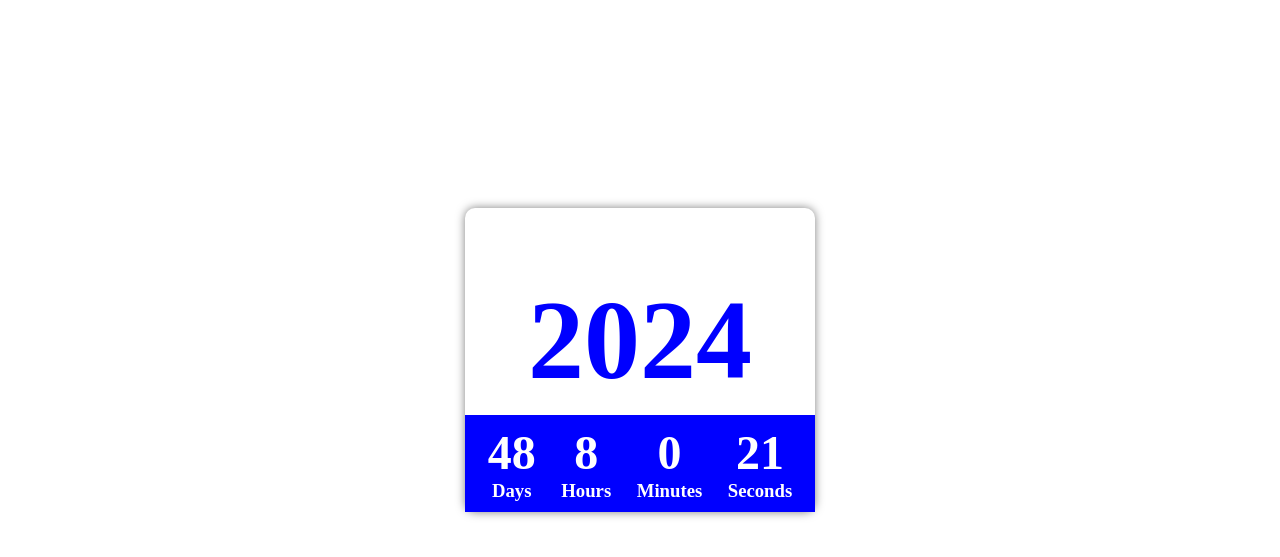
Repository: JunaidAnsari202/New-Year-counter
Page: index.html
The author's editor kept a copy of each file at every save. The page is drawn from the files as they stood at one save, then again after a run of saves.
The browser window is 1280 px wide. The pictures show the whole page.

Above is the page before, as saved 2024-11-13 16:10:37.

### index.html
<!DOCTYPE html>
<html lang="en">
<head>
    <meta charset="UTF-8">
    <meta name="viewport" content="width=device-width, initial-scale=1.0">
    <title>New Year Counter</title>
    <link rel="stylesheet" href="style.css">

</head>
<body>
    <div class="container">
        <div class="header">
            <h1>New Year Counter</h1>
        </div>
        <div class="next-year">
            <h1 id="next-year">2024</h1>
        </div>

        <div class="counter">
           <div class="days">
            <h1 id="days">00</h1>
            <h3>Days</h3>
           </div>

           <div class="hours">
            <h1 id="hours">00</h1>
            <h3>Hours</h3>
           </div>

           <div class="minutes">
            <h1 id="minutes">00</h1>
            <h3>Minutes</h3>
           </div>

           <div class="seconds">
            <h1 id="seconds">00</h1>
            <h3>Seconds</h3>
           </div>
        </div>
    </div>

    <script src="script.js"></script>
</body>
</html>

### style.css
*{
    margin: 0;
    padding: 0;
    box-sizing: border-box;
}

body{
    background-color: white;
    display: flex;
    justify-content: center;
    align-items: center;
    height: 100vh;
}

.container{
    background-color: white;
    width: 350px;
    border-radius: 10px;
    text-align: center;
    box-shadow:0 0 10px 0 rgba(0 , 0, 0, 0.5) ;
}

.header{
    background-color;
    padding: 10px;
    border-top-left-radius: 10px;
    border-top-right-radius: 10px;
    color: white;
    font-size: 1.3rem;
}

.next-year{
    font-size:3.5rem ;
    font-weight: bold;
    color: blue;
    margin-bottom: 10px;
}

.counter{
    display: flex;
    justify-content: space-around;
    background-color: blue;
    color: white;
    padding: 10px;
}

#days, #hours, #minutes, #seconds{
    font-size: 3rem;
    font-weight: bold;
}

### script.js
const days=document.querySelector('#days');
const hours=document.querySelector('#hours');
const minutes=document.querySelector('#minutes');
const seconds=document.querySelector('#seconds');

const currentYear = new Date().getFullYear();
const nextYear = currentYear + 1;

setInterval(()=>{
    const currentDate = new Date();
    const newYearDate = new Date(`January 01 ${nextYear} 00:00:00`);
    const totalSeconds =(newYearDate-currentDate)/1000;

    const daysLeft = Math.floor(totalSeconds / 3600 / 24);
    const hoursleft = Math.floor(totalSeconds / 3600) % 24;
    const minutesLeft = Math.floor(totalSeconds /60) % 60;
     const secondsLeft = Math.floor(totalSeconds) % 60;

     days.innerHTML = daysLeft;
     hours.innerHTML = hoursleft;
     minutes.innerHTML = minutesLeft;
     seconds.innerHTML = secondsLeft;

    }, 1000);

After the next 2 saves:
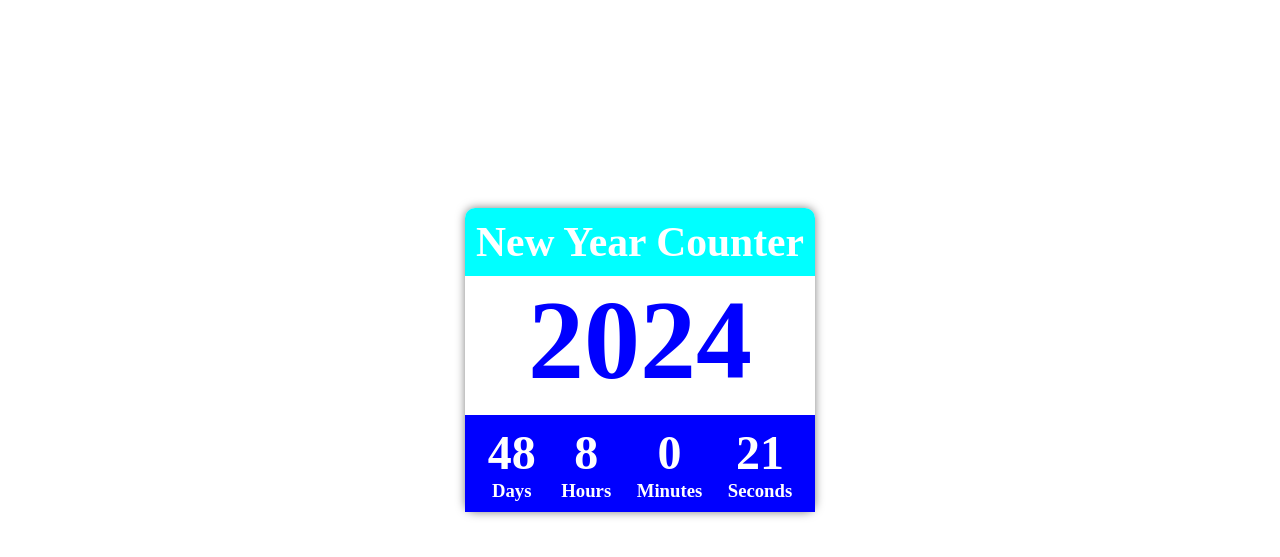
The 2 saves are shown as one change because they came seconds apart.
The last was saved 6 s later.
--- a/style.css
+++ b/style.css
@@ -21,7 +21,7 @@ body{
 }
 
 .header{
-    background-color;
+    background-color:aqua;
     padding: 10px;
     border-top-left-radius: 10px;
     border-top-right-radius: 10px;
